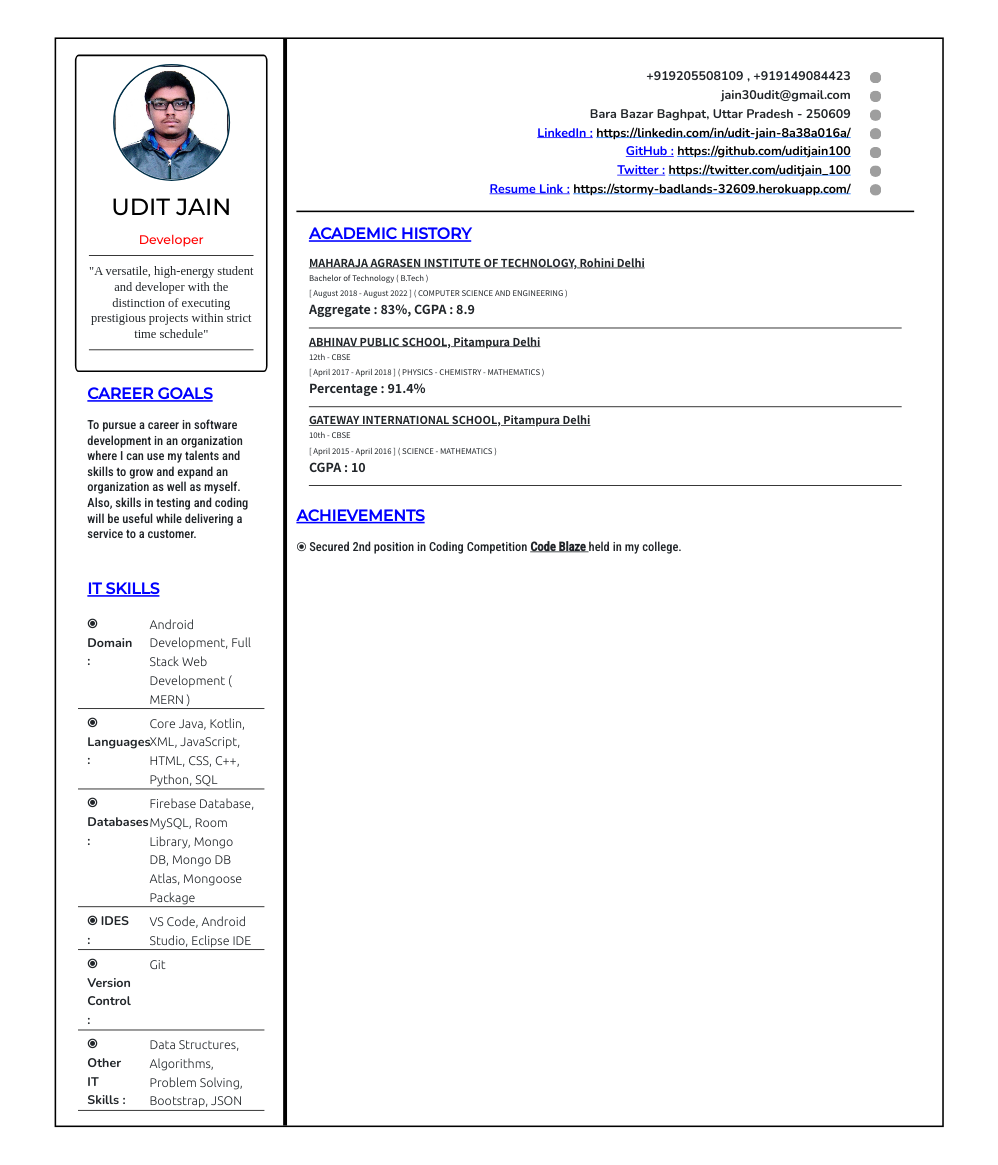
Repository: uditjain100/Resume
Page: app.html
An editor plug-in stored every save of this project. The page is shown before and after the next save, followed by the edit.
The browser window is 1280 px wide. The pictures show the whole page, at 78% of full size.
Pictures or frames that could not be fetched are drawn as grey boxes. Some web fonts or font styles are not loaded; a fallback is used.

Above is the page before, as saved 2021-05-27 17:51:39.

After the next save:
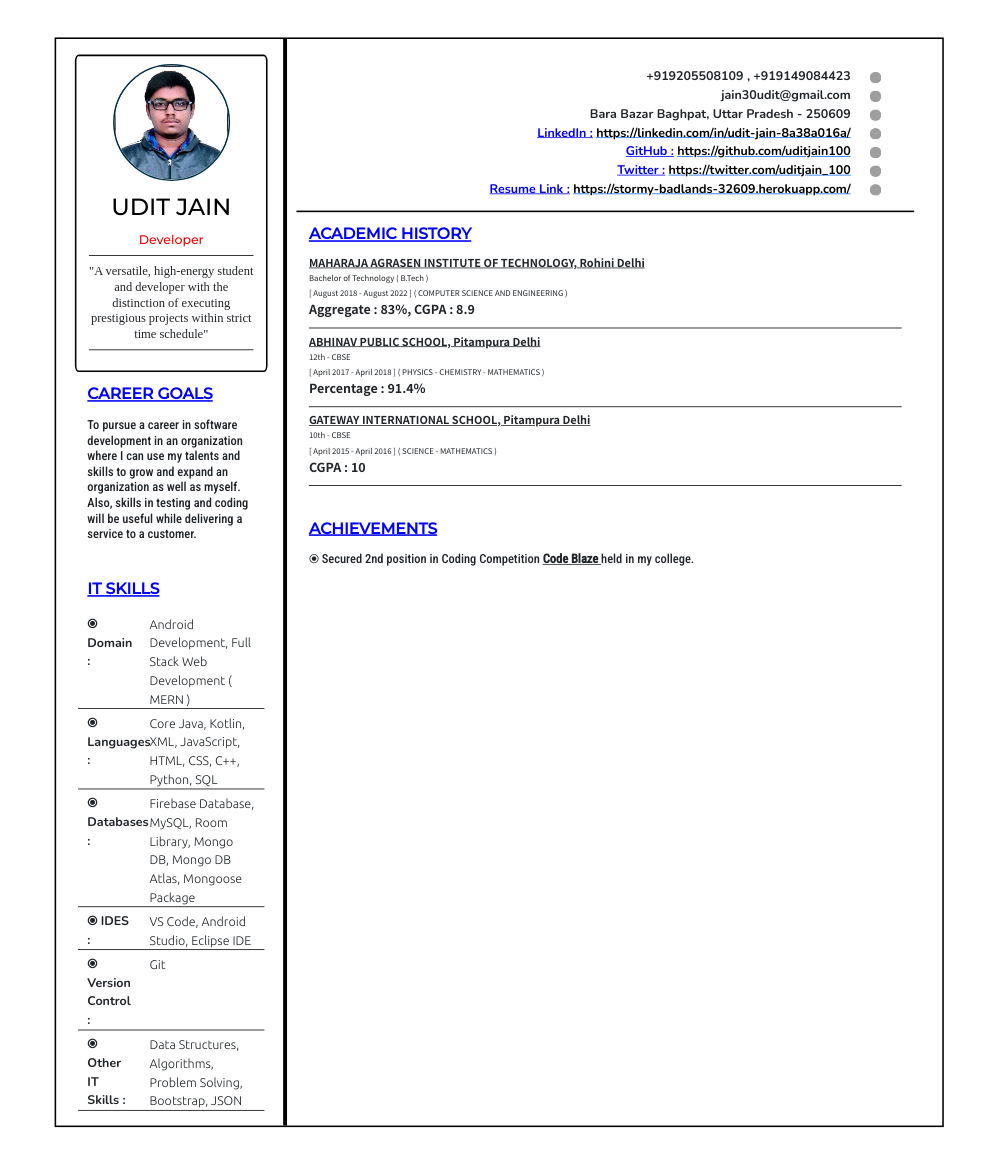
Saved 42 s later.
--- a/app.html
+++ b/app.html
@@ -282,7 +282,7 @@
 					</div>
 				</article>
 
-				<article id="achievementsbox" style="border: none">
+				<article class="card-body" id="achievementsbox" style="border: none">
 					<h3 class="card-title">ACHIEVEMENTS</h3>
 					<ul class="list-group">
 						<li id="achievementitem" class="row">
